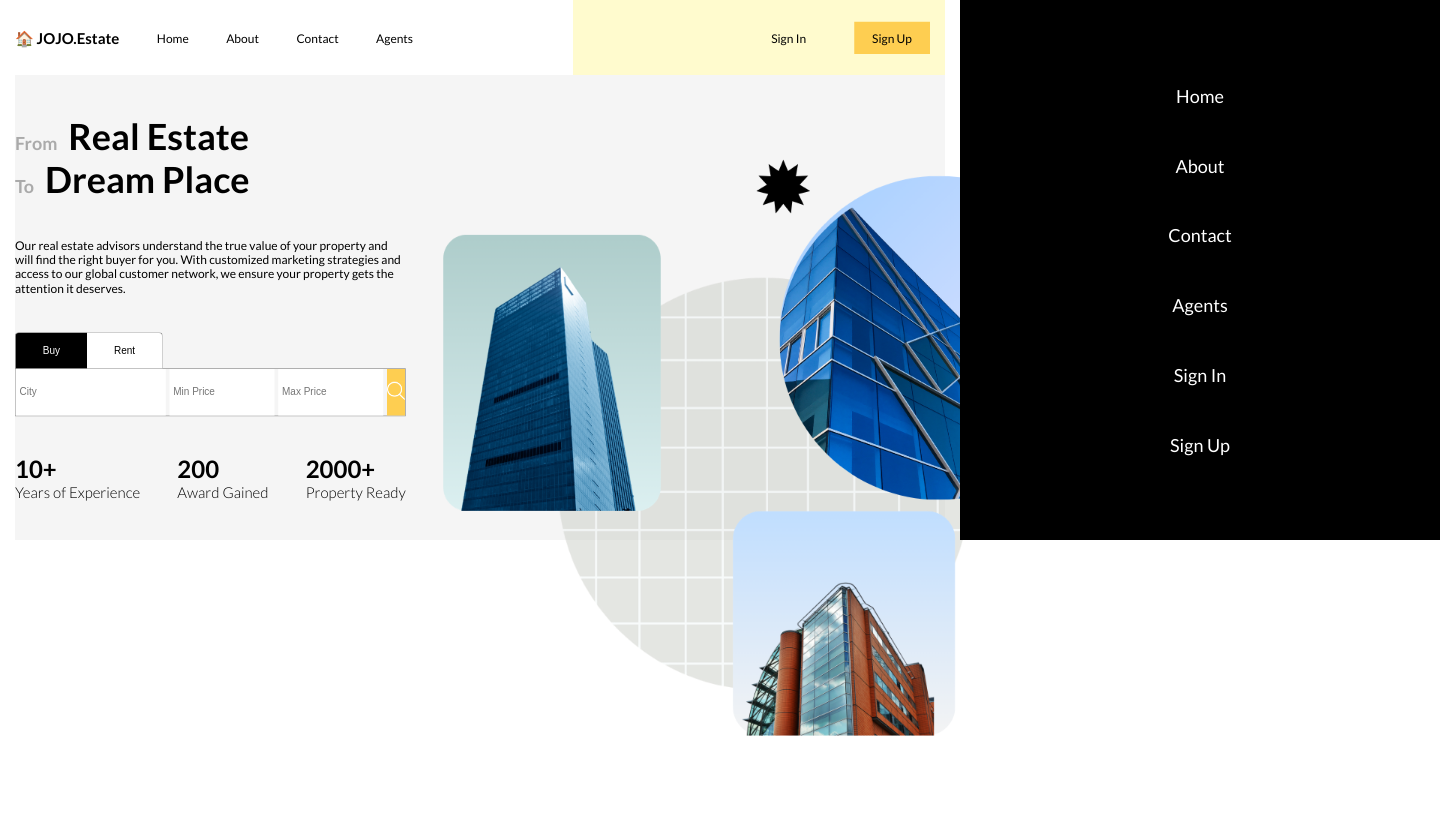
Repository: AiTrinh303/JOJO-estate
Page: /
An editor plug-in stored every save of this project. The page is shown before and after the next save, followed by the edit.
The browser window is 1280 px wide. The page is 1920 px wide, so the pictures cover 1920 px, including what lies to the right of the window. The pictures show the whole page, at 75% of full size.
The page's requests for data from a server got no answer. The project was rebuilt for these pictures with package versions that can differ from the ones it lists, and the page was loaded fresh each time. No one was signed in, and anything a server would have sent is missing. Also part of the build but not shown: vite.config.js, src/routes/listPage/listPage.scss, src/components/filter/filter.scss, src/components/filter/Filter.jsx, src/components/card/card.scss, src/components/card/Card.jsx, src/components/map/map.scss, src/components/pin/pin.scss and 21 more. Imported but missing from the stored project, and not drawn on this page: src/components/uploadWidget/UploadWidget.

Above is the page before, as saved 2024-08-06 21:36:14.

After the next save:
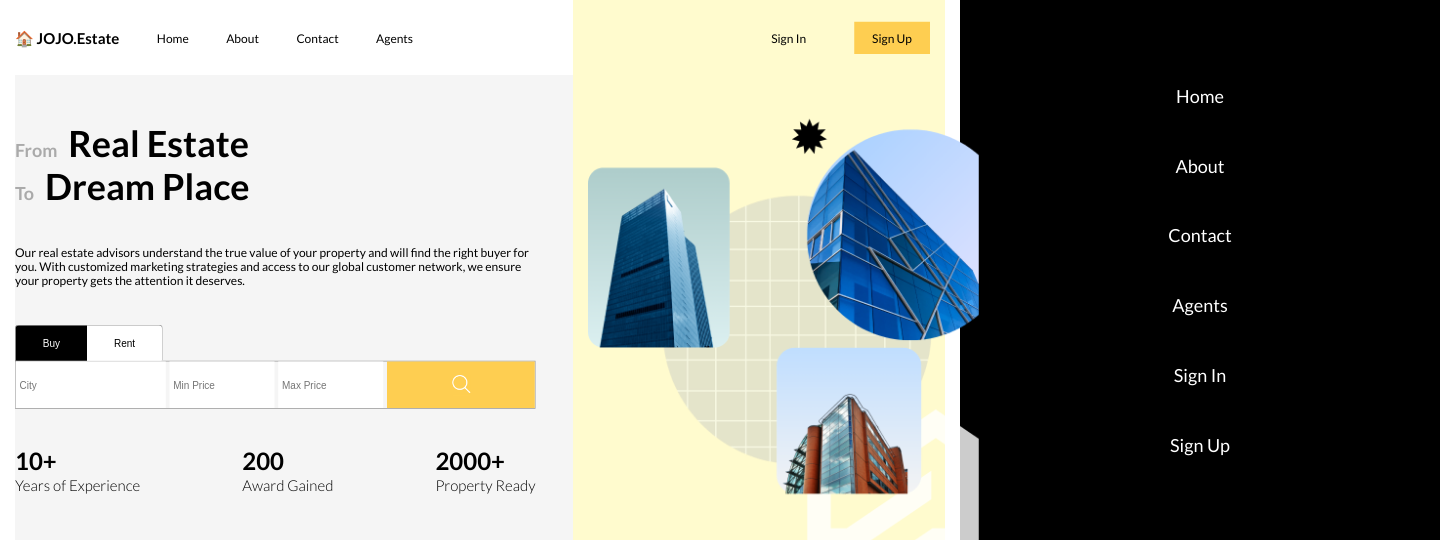
Saved 4 s later.
--- a/src/routes/homePage/homePage.scss
+++ b/src/routes/homePage/homePage.scss
@@ -70,29 +70,29 @@
     }
   }
 
-  // .imgContainer {
-  //   flex: 2;
-  //   background-color: #fffbce;
-  //   position: relative;
-  //   display: flex;
-  //   align-items: center;
+  .imgContainer {
+    flex: 2;
+    background-color: #fffbce;
+    position: relative;
+    display: flex;
+    align-items: center;
 
 
-  //   @include md {
-  //     display: none;
-  //   }
+    @include md {
+      display: none;
+    }
 
-  //   img {
-  //     width: 115%;
-  //     position: absolute;
-  //     right: -45px;
+    img {
+      width: 115%;
+      position: absolute;
+      right: -45px;
 
 
-  //     @include lg {
-  //       width: 105%;
-  //     }
-  //   }
-  // }
+      @include lg {
+        width: 105%;
+      }
+    }
+  }
 
 
 }
